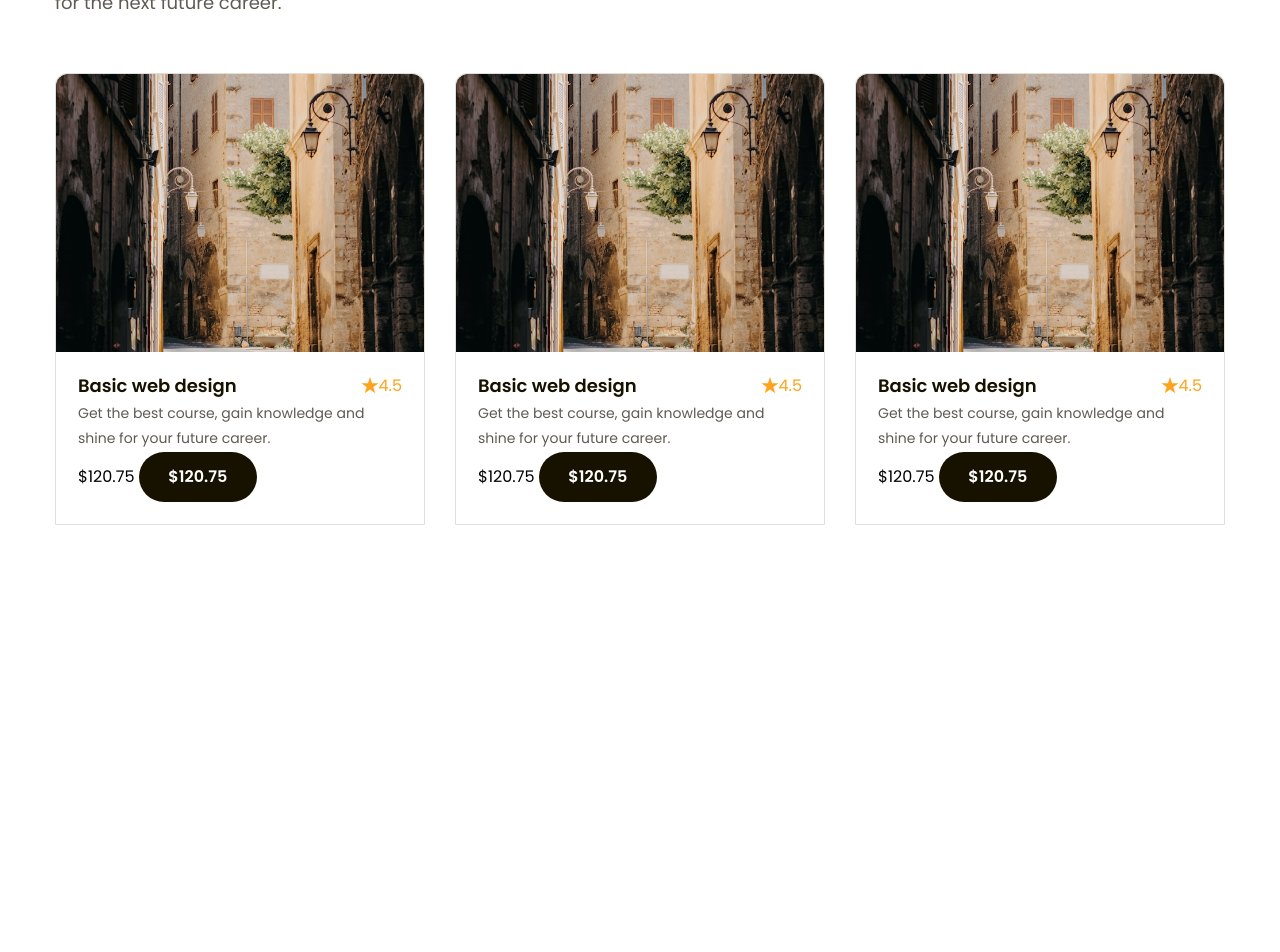
Repository: empty24062002/f8-htmlcss-02-pratice
Page: index.html
The author's editor kept a copy of each file at every save. The page is drawn from the files as they stood at one save, then again after the next save.
The browser window is 1280 px wide. The pictures show the part of the page from y = 1178 to 2130 px (the page is 5187 px tall).
A picture or video elsewhere on the page could not be fetched, so the positions and the page height are approximate.

Above is the page before, as saved 2023-07-19 08:09:26.

### index.html
<!DOCTYPE html>
<html lang="en">
    <head>
        <meta charset="UTF-8" />
        <meta name="viewport" content="width=device-width, initial-scale=1.0" />
        <title>F8 Project 02 Practice</title>
        <!-- Reset CSS -->
        <link rel="stylesheet" href="./assets/css/reset.css" />
        <!-- Embed font -->
        <link rel="preconnect" href="https://fonts.googleapis.com" />
        <link rel="preconnect" href="https://fonts.gstatic.com" crossorigin />
        <link
            href="https://fonts.googleapis.com/css2?family=Poppins:wght@400;500;600;700&family=Sen:wght@700&display=swap"
            rel="stylesheet"
        />
        <link rel="stylesheet" href="./assets/css/styles.css" />
    </head>
    <body>
        <!-- Header -->
        <header class="header fixed">
            <div class="main-content">
                <div class="body">
                    <img
                        src="./assets/img/logo.svg"
                        alt="lesson."
                        class="logo"
                    />
                    <!-- nav -->
                    <nav class="nav">
                        <ul>
                            <li class="active">
                                <a href="#!">Home</a>
                            </li>
                            <li>
                                <a href="#!">Courses</a>
                            </li>
                            <li>
                                <a href="#!">Pricing</a>
                            </li>
                            <li>
                                <a href="#!">Reviews</a>
                            </li>
                        </ul>
                    </nav>
                    <!-- Action -->
                    <div class="action">
                        <a href="#!" class="btn sign-up-btn">Sign Up</a>
                    </div>
                </div>
            </div>
        </header>
        <main style="height: 5000px">
            <!-- hero -->
            <div class="hero">
                <div class="main-content">
                    <div class="hero-body">
                        <!-- Hero left -->
                        <div class="media-block">
                            <img
                                src="./assets/img/hero-media.jpg"
                                alt="Learn without limits and spread knowledge."
                                class="img"
                            />
                            <div class="hero-summary">
                                <!-- Item 1 -->
                                <div class="item">
                                    <div class="icon">
                                        <img
                                            src="./assets/icons/icon1.svg"
                                            alt=""
                                        />
                                    </div>
                                    <div class="info">
                                        <p class="lable">20 Courses</p>
                                        <p class="title">UI/UX Design</p>
                                    </div>
                                </div>
                                <!-- Item 2 -->
                                <div class="item">
                                    <div class="icon">
                                        <img
                                            src="./assets/icons/icon2.svg"
                                            alt=""
                                        />
                                    </div>
                                    <div class="info">
                                        <p class="lable">20 Courses</p>
                                        <p class="title">Development</p>
                                    </div>
                                </div>
                                <!-- Item 3 -->
                                <div class="item">
                                    <div class="icon">
                                        <img
                                            src="./assets/icons/icon 3.svg"
                                            alt=""
                                        />
                                    </div>
                                    <div class="info">
                                        <p class="lable">30 Courses</p>
                                        <p class="title">Marketing</p>
                                    </div>
                                </div>
                            </div>
                        </div>
                        <!-- Hero right -->
                        <div class="content-block">
                            <h1 class="heading lv1">
                                Learn without limits and spread knowledge.
                            </h1>
                            <p class="desc">
                                Build new skills for that “this is my year”
                                feeling with courses, certificates, and degrees
                                from world-class universities and companies.
                            </p>
                            <div class="cta-group">
                                <a href="" class="btn cta-btn">See Courses</a>
                                <button class="watch-video">
                                    <div class="icon">
                                        <img
                                            src="./assets/icons/watch-video.svg"
                                            alt=""
                                        />
                                    </div>
                                    <span>Watch video</span>
                                </button>
                            </div>
                            <p class="desc">Recent engagement</p>
                            <p class="desc stats">
                                <strong>50K</strong> Students
                                <strong>70+</strong> Courses
                            </p>
                        </div>
                    </div>
                </div>
            </div>
            <!-- Popular -->
            <div class="popular">
                <div class="main-content">
                    <div class="popular-top">
                        <div class="info">
                            <h2 class="heading lv2">Our popular courses</h2>
                            <p class="desc">
                                Build new skills with new trendy courses and
                                shine for the next future career.
                            </p>
                        </div>
                        <div class="controls">
                            <button class="control-btn">
                                <svg
                                    width="8"
                                    height="14"
                                    viewBox="0 0 8 14"
                                    fill="none"
                                    xmlns="http://www.w3.org/2000/svg"
                                >
                                    <path
                                        d="M7 1L1 7L7 13"
                                        stroke="currentColor"
                                        stroke-linecap="round"
                                        stroke-linejoin="round"
                                    />
                                </svg>
                            </button>
                            <button class="control-btn">
                                <svg
                                    width="8"
                                    height="14"
                                    viewBox="0 0 8 14"
                                    fill="none"
                                    xmlns="http://www.w3.org/2000/svg"
                                >
                                    <path
                                        d="M1 1L7 7L1 13"
                                        stroke="currentColor"
                                        stroke-linecap="round"
                                        stroke-linejoin="round"
                                    />
                                </svg>
                            </button>
                        </div>
                    </div>
                    <div class="course-list">
                        <!-- Course item 1 -->
                        <div class="course-item">
                            <a href="#!">
                                <img
                                    src="./assets/img/popular-1.jpg"
                                    alt=""
                                    class="thumb"
                                />
                            </a>
                            <div class="info">
                                <div class="head">
                                    <h3 class="title">
                                        <a href="">Basic web design</a>
                                    </h3>
                                    <div class="rating">
                                        <img
                                            src="./assets/icons/star.svg"
                                            alt=""
                                            class="star"
                                        />
                                        <span class="value">4.5</span>
                                    </div>
                                </div>
                                <p class="desc">
                                    Get the best course, gain knowledge and
                                    shine for your future career.
                                </p>
                                <div class="foot">
                                    <span class="price"> $120.75 </span>
                                    <a href="#!" class="btn">$120.75</a>
                                </div>
                            </div>
                        </div>
                        <!-- Course item 2 -->
                        <div class="course-item">
                            <a href="#!">
                                <img
                                    src="./assets/img/popular-1.jpg"
                                    alt=""
                                    class="thumb"
                                />
                            </a>
                            <div class="info">
                                <div class="head">
                                    <h3 class="title">
                                        <a href="">Basic web design</a>
                                    </h3>
                                    <div class="rating">
                                        <img
                                            src="./assets/icons/star.svg"
                                            alt=""
                                            class="star"
                                        />
                                        <span class="value">4.5</span>
                                    </div>
                                </div>
                                <p class="desc">
                                    Get the best course, gain knowledge and
                                    shine for your future career.
                                </p>
                                <div class="foot">
                                    <span class="price"> $120.75 </span>
                                    <a href="#!" class="btn">$120.75</a>
                                </div>
                            </div>
                        </div>
                        <!-- Course Item 3 -->
                        <div class="course-item">
                            <a href="#!">
                                <img
                                    src="./assets/img/popular-1.jpg"
                                    alt=""
                                    class="thumb"
                                />
                            </a>
                            <div class="info">
                                <div class="head">
                                    <h3 class="title">
                                        <a href="">Basic web design</a>
                                    </h3>
                                    <div class="rating">
                                        <img
                                            src="./assets/icons/star.svg"
                                            alt=""
                                            class="star"
                                        />
                                        <span class="value">4.5</span>
                                    </div>
                                </div>
                                <p class="desc">
                                    Get the best course, gain knowledge and
                                    shine for your future career.
                                </p>
                                <div class="foot">
                                    <span class="price"> $120.75 </span>
                                    <a href="#!" class="btn">$120.75</a>
                                </div>
                            </div>
                        </div>
                    </div>
                </div>
            </div>
        </main>
    </body>
</html>

### assets/css/styles.css
* {
    box-sizing: border-box;
}

:root {
    --font-heading: Sen, sans-serif;
    --primary-color: #ffb900;
    --secondary-color: #171100;
}

html {
    font-size: 62.5%;
}

body {
    font-size: 1.6rem;
    font-family: "Poppins", sans-serif;
}

/* Common */
a {
    text-decoration: none;
}

.main-content {
    width: 1170px;
    max-width: calc(100% - 48px);
    margin-left: auto;
    margin-right: auto;
}

.btn {
    display: inline-block;
    width: 118px;
    line-height: 50px;
    font-size: 1.6rem;
    font-weight: 600;
    text-align: center;
    color: #ffffff;
    background: var(--secondary-color);
    border-radius: 999px;
}

.btn:hover {
    opacity: 0.9;
    cursor: pointer;
}

.heading {
    color: var(--secondary-color);
    font-family: var(--font-heading);
    font-size: 5.8rem;
    letter-spacing: -0.02em;
}

.heading.lv1 {
    font-weight: 700;
    line-height: 1.17;
}
.heading.lv2 {
    font-size: 3.8rem;
    line-height: 1.26;
}

/* Header */
.header {
    padding: 56px 0 65px;
    background: #fffcf4;
}

.header.fixed {
    position: sticky;
    margin-top: -28px;
}

.header .body {
    display: flex;
    align-items: center;
    padding: 36px 0 8px;
}

.nav {
    margin-left: auto;
}

.nav ul {
    display: flex;
}

.nav a {
    position: relative;
    padding: 8px 21px;
    font-size: 1.6rem;
    font-weight: 400;
    color: var(--secondary-color);
}

.nav a:hover,
.nav li.active a {
    text-shadow: 1px 0 0 currentColor;
    color: var(--secondary-color);
}

.nav li.active a::after {
    position: absolute;
    left: 21px;
    bottom: 6px;
    content: "";
    display: block;
    width: 12px;
    height: 2px;
    border-radius: 1px;
    background-color: var(--secondary-color);
}

.header .sign-up-btn {
    min-width: 144px;
    border-radius: 25px;
}

.header .action {
    margin-left: 49px;
}

/* Hero */
.hero {
    background: #fffcf4;
    padding-top: 64px 0 65px;
}

.hero .hero-body {
    display: flex;
}

/* hero left */
.hero .media-block {
    width: 48%;
    position: relative;
}

.hero .media-block .img {
    width: 470px;
    height: 685px;
    object-fit: cover;
    border-radius: 20px;
    vertical-align: bottom;
}

.hero-summary {
    position: absolute;
    padding: 24px 28px;
    bottom: 48px;
    right: 0;
    width: 270px;
    border-radius: 12px;
    background-color: #ffffff;
    box-shadow: 0px 16px 32px 0px #0000000d;
}

.hero-summary .item {
    display: flex;
    align-items: center;
}

.hero-summary .item + .item {
    margin-top: 22px;
}

.hero-summary .icon {
    display: flex;
    align-items: center;
    justify-content: center;
    width: 48px;
    height: 48px;
    background-color: #fff9e8;
    border-radius: 50%;
}

.hero-summary .item:nth-of-type(2) .icon {
    background: #fcefff;
}
.hero-summary .item:nth-of-type(3) .icon {
    background: #ebeaff;
}

.hero-summary .info {
    margin-left: 16px;
}

.hero-summary .lable {
    color: #5f5b53;
    font-size: 1.4rem;
    font-weight: 400;
    line-height: 1.85;
}

.hero-summary .title {
    color: var(--secondary-color);
    font-size: 1.8rem;
    font-weight: 600;
    line-height: 1.66;
}
/* Hero right */
.hero .content-block {
    width: 52%;
    padding: 64px 0 0 130px;
}

.hero .desc {
    margin-top: 22px;
    color: #5f5b53;
    font-size: 1.8rem;
    font-weight: 400;
    line-height: 1.66;
}

.hero .cta-group {
    display: flex;
    align-items: center;
    margin: 38px 0 48px;
}

.hero .cta-btn {
    min-width: 180px;
    line-height: 64px;
    background-color: var(--primary-color);
}

.hero .watch-video {
    display: flex;
    justify-content: center;
    align-items: center;
    margin-left: 28px;
    border: none;
    background-color: transparent;
}

.hero .watch-video .icon {
    display: flex;
    align-items: center;
    justify-content: center;
    width: 40px;
    height: 40px;
    border-radius: 50%;
    background-color: #ffffff;
    box-shadow: 0px 8px 16px 0px #00000012;
}

.hero .watch-video span {
    margin-left: 14px;
    color: var(--secondary-color);
    font-size: 1.8rem;
    font-weight: 600;
    line-height: 1.66;
}

.hero .stats {
    margin: 8px 0 0 -28px;
}

.hero .stats strong {
    padding: 0 8px 0 28px;
    color: var(--secondary-color);
    font-family: var(--font-heading);
    font-size: 4.4rem;
    font-weight: 700;
    line-height: 1.22;
}
/* Popular */
.popular {
    padding: 65px 0;
    margin-top: 135px;
}

.popular-top {
    display: flex;
    justify-content: space-between;
    align-items: center;
}

.popular-top .desc {
    width: 458px;
    margin-top: 16px;
    color: #5f5b53;
    font-size: 1.8rem;
    font-weight: 400;
    line-height: 1.66;
}

.popular-top .controls {
    display: flex;
    gap: 18px;
}

.popular-top .control-btn {
    display: flex;
    justify-content: center;
    align-items: center;
    width: 40px;
    height: 40px;
    color: var(--primary-color);
    border: 1px solid var(--primary-color);
    border-radius: 50%;
    background-color: transparent;
    cursor: pointer;
}

.popular-top .control-btn:hover {
    color: #fff9e8;
    background-color: var(--primary-color);
}

.popular .course-list {
    display: flex;
    gap: 30px;
    margin-top: 55px;
}

.popular .course-item {
    flex: 1;
    width: 370px;
    background-color: #ffffff;
    border: 1px solid #e2dfda;
    border-radius: 12px 12px 0px 0px;
}

.popular .course-item:hover {
    border-color: transparent;
    box-shadow: 0px 18px 36px 0px #0000000d;
}

.popular .course-item .thumb {
    width: 100%;
    height: 278px;
    object-fit: cover;
    border-radius: 12px 12px 0px 0px;
}
.popular .course-item .info {
    padding: 16px 22px 22px;
}

.popular .course-item .head {
    display: flex;
    align-items: center;
    justify-content: space-between;
}

.popular .course-item .rating {
    display: flex;
    align-items: center;
    justify-content: space-between;
}

.popular .course-item .title a {
    color: var(--secondary-color);
    font-size: 1.8rem;
    font-weight: 600;
    line-height: 1.66;
}

.popular .course-item .rating span {
    color: #fea31b;
    font-size: 1.6rem;
    font-weight: 400;
}

.popular .course-item .desc {
    color: #5f5b53;
    font-size: 1.4rem;
    font-weight: 400;
    line-height: 1.85; /* 185.714% */
}

Loaded but not shown: assets/css/reset.css (common file)

After the next save:
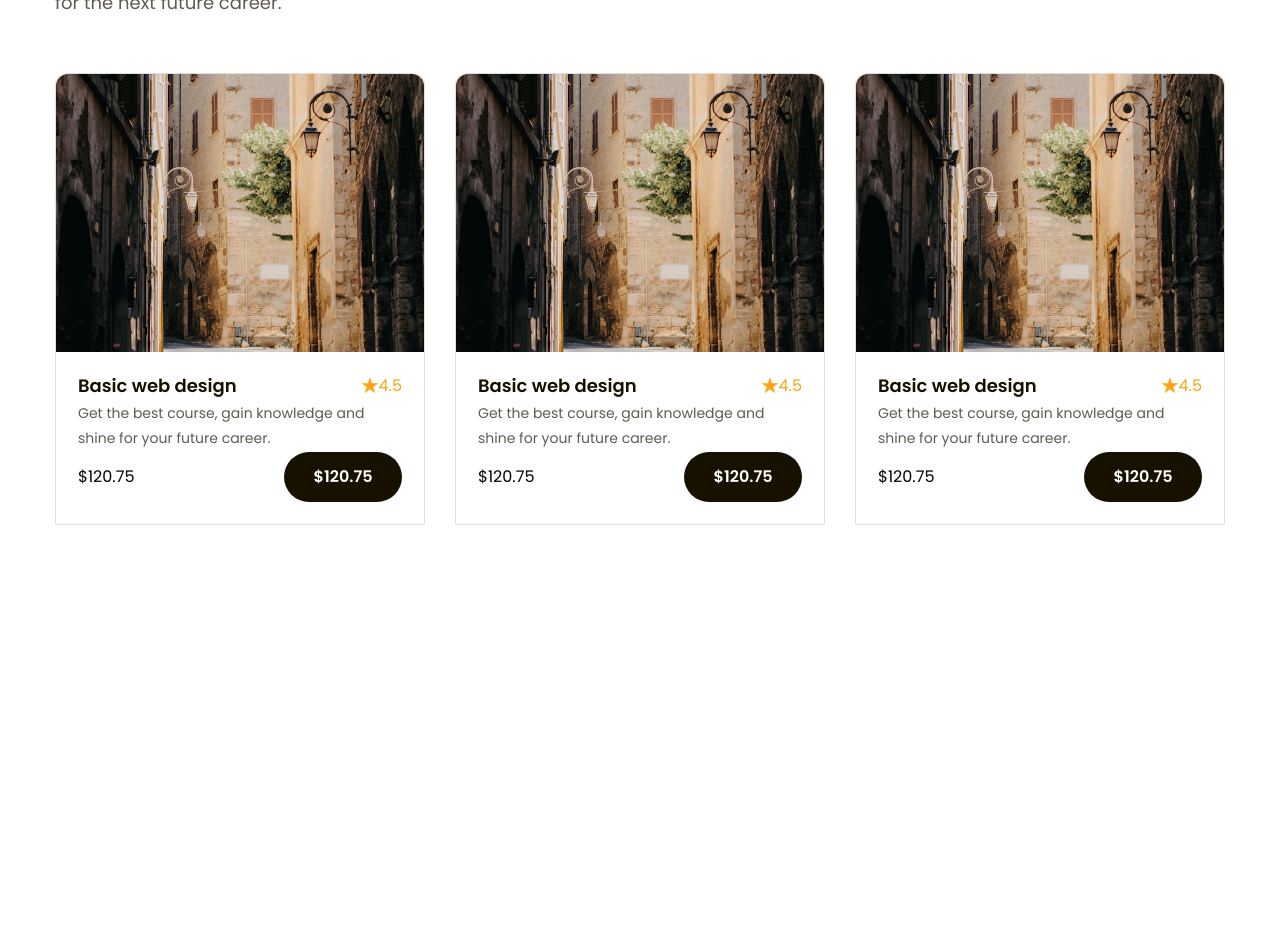
Saved 39 s later.
--- a/assets/css/styles.css
+++ b/assets/css/styles.css
@@ -370,3 +370,9 @@
     font-weight: 400;
     line-height: 1.85; /* 185.714% */
 }
+
+.popular .course-item .foot {
+    display: flex;
+    align-items: center;
+    justify-content: space-between;
+}
